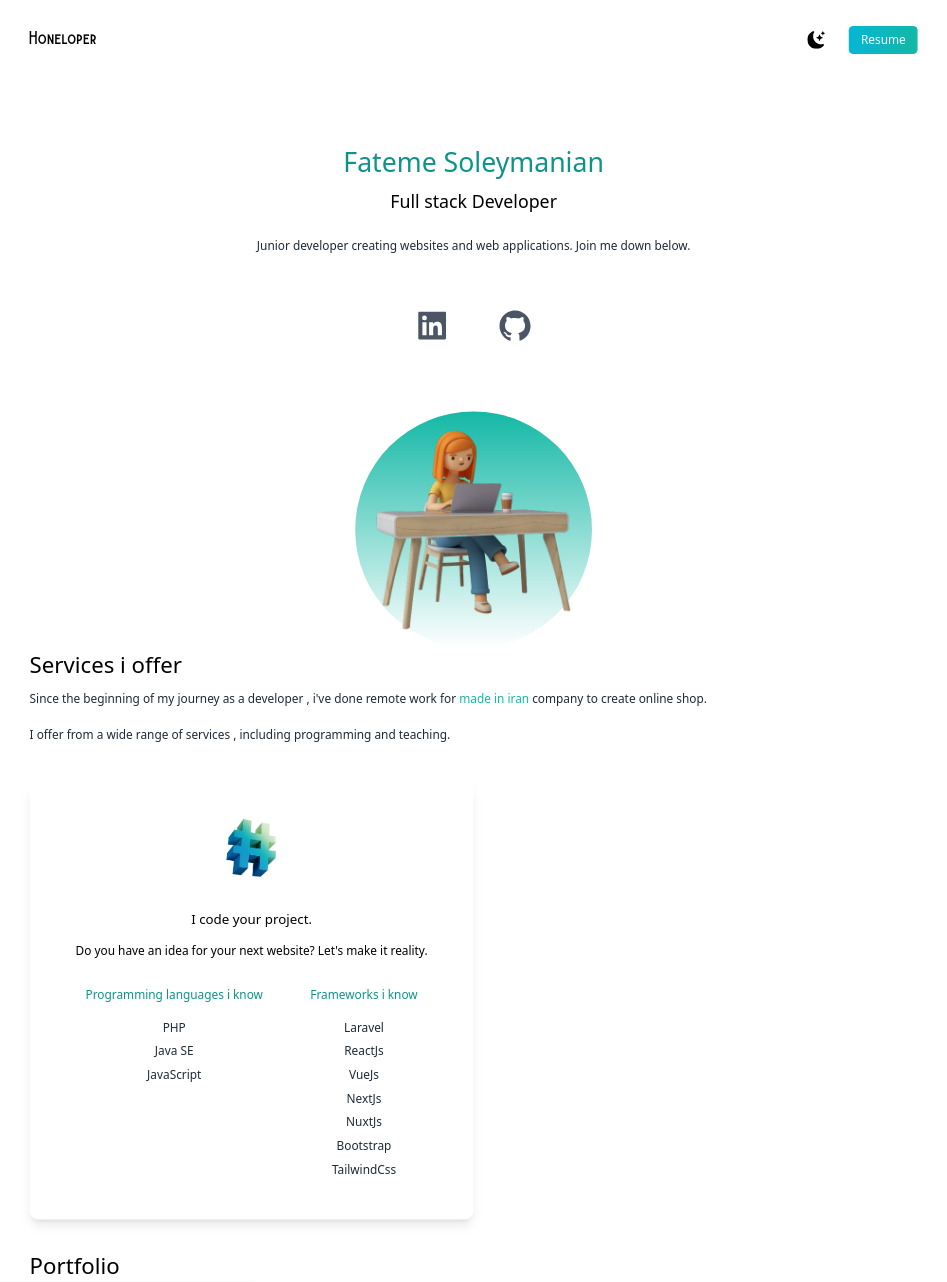
Repository: fatemesoleymanian/portfolio
Page: /
The author's editor kept a copy of each file at every save. The page is drawn from the files as they stood at one save, then again after the next save.
The browser window is 1280 px wide. The pictures show the whole page, at 74% of full size.
The project was rebuilt for these pictures with package versions that can differ from the ones it lists, and the page was loaded fresh each time. The framework's server and built-in components were replaced by stand-ins that run in the browser. Also part of the build but not shown: next.config.js.

Above is the page before, as saved 2023-03-10 16:16:36.

After the next save:
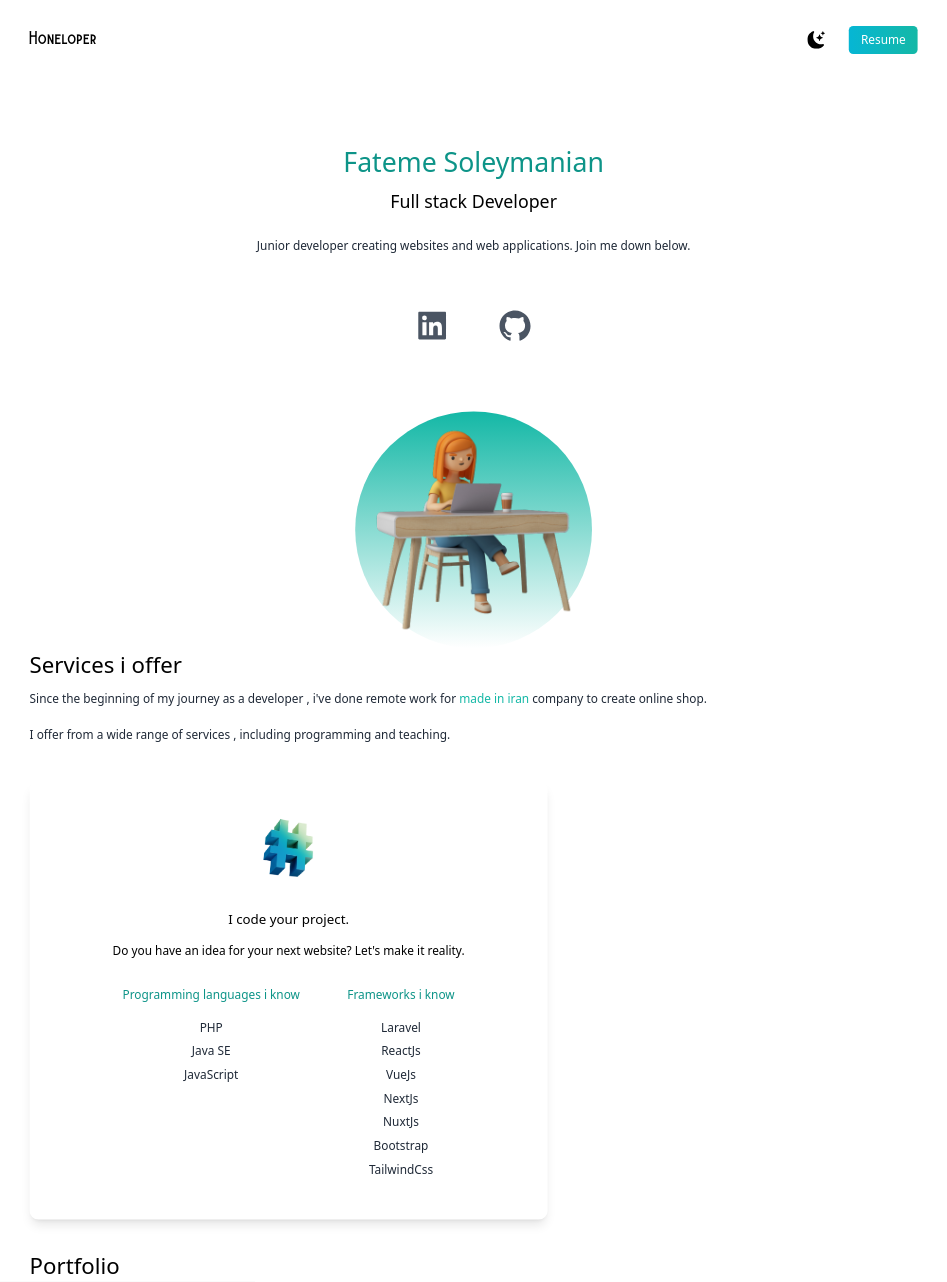
Saved 9 s later.
--- a/pages/index.js
+++ b/pages/index.js
@@ -61,7 +61,7 @@ export default function Home() {
             </p>
           </div>
           <div>
-            <div className='text-center shadow-lg p-10 rounded-xl my-10 w-6/12'>
+            <div className='text-center shadow-lg p-10 rounded-xl my-10 w-7/12'>
               <Image src={code} width={100} height={100} className="mx-auto"/>
               <h3 className='text-lg font-medium pt-8 pb-2'>
                 I code your project.
